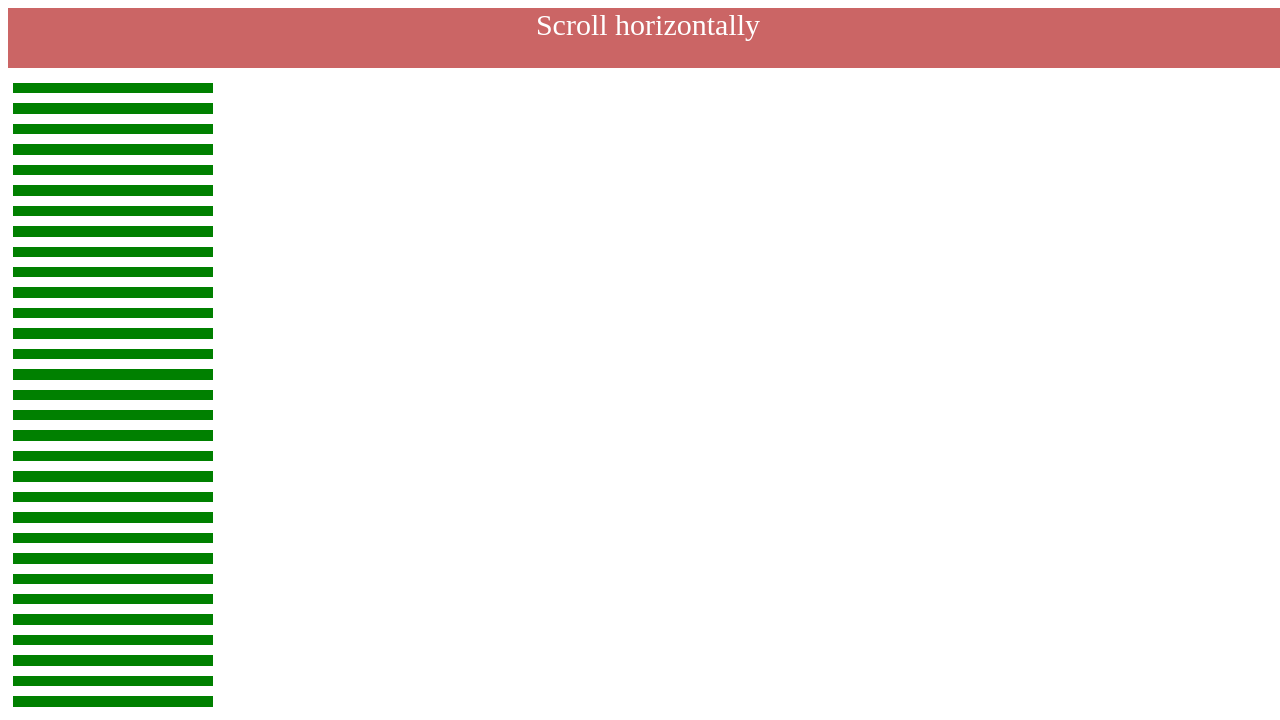
Repository: Sarah7223/internet-programming-tp
Page: TP1/ex11.html
The author's editor kept a copy of each file at every save. The page is drawn from the files as they stood at one save, then again after the next save.
The browser window is 1280 px wide. The pictures show the whole page.

Above is the page before, as saved 2022-12-26 16:27:17.

After the next save:
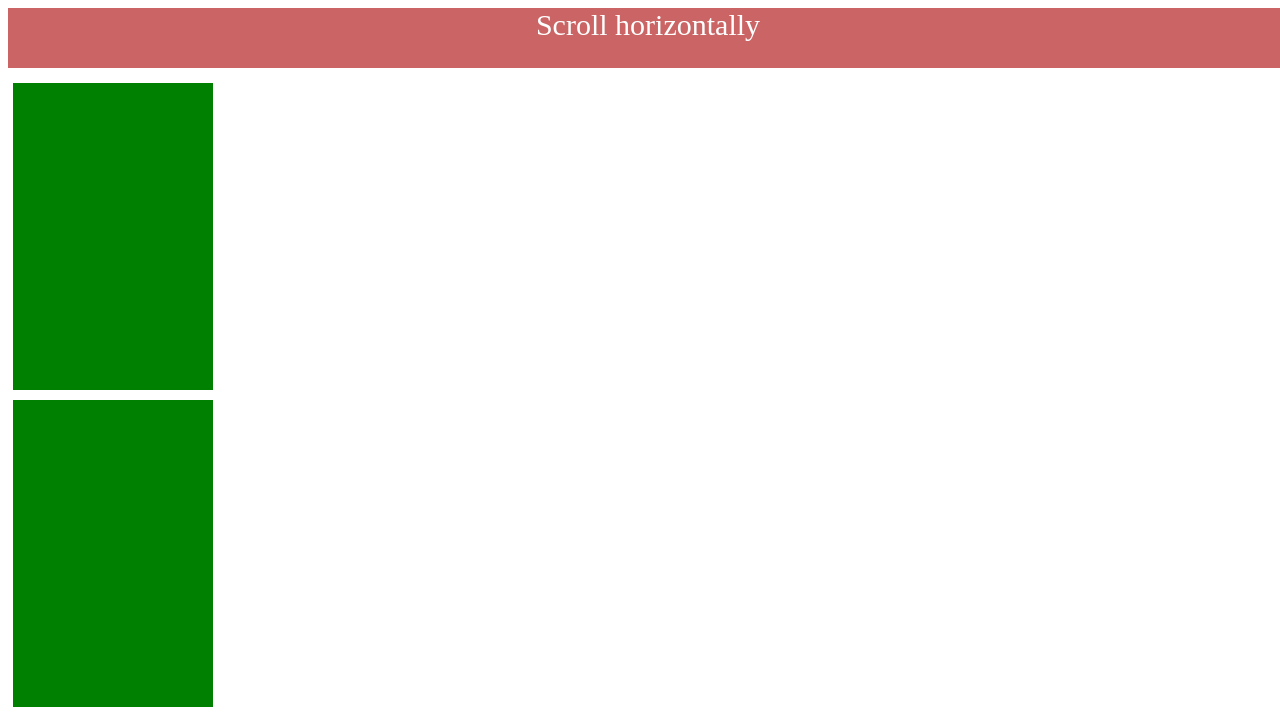
Saved 70 s later.
--- a/TP1/ex11.html
+++ b/TP1/ex11.html
@@ -20,7 +20,7 @@
             }
             .content{
                 display: grid;
-                grid-template-rows: auto auto;
+                grid-template-rows: 50% 50%;
                 top:70px;
                 position: relative;
                 height: 90%;
